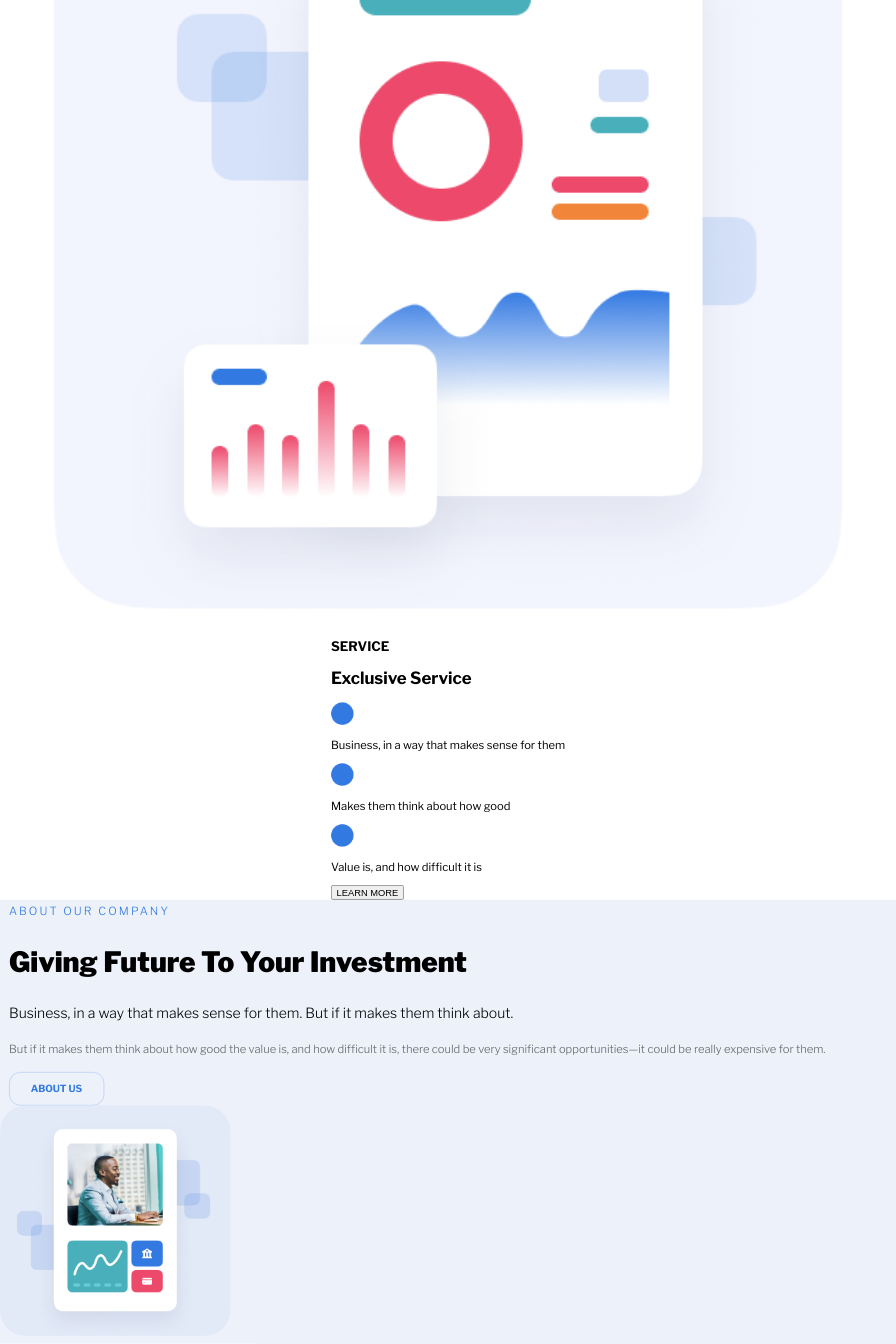
Repository: adryelfelipe/frontend-prova
Page: prova-figma/Prova/index.html
The author's editor kept a copy of each file at every save. The page is drawn from the files as they stood at one save, then again after the next save.
The browser window is 1280 px wide. The pictures show the part of the page from y = 1918 to 3838 px (the page is 3838 px tall before and 3821 px after), at 70% of full size.

Above is the page before, as saved 2026-06-22 19:04:58.

After the next save:
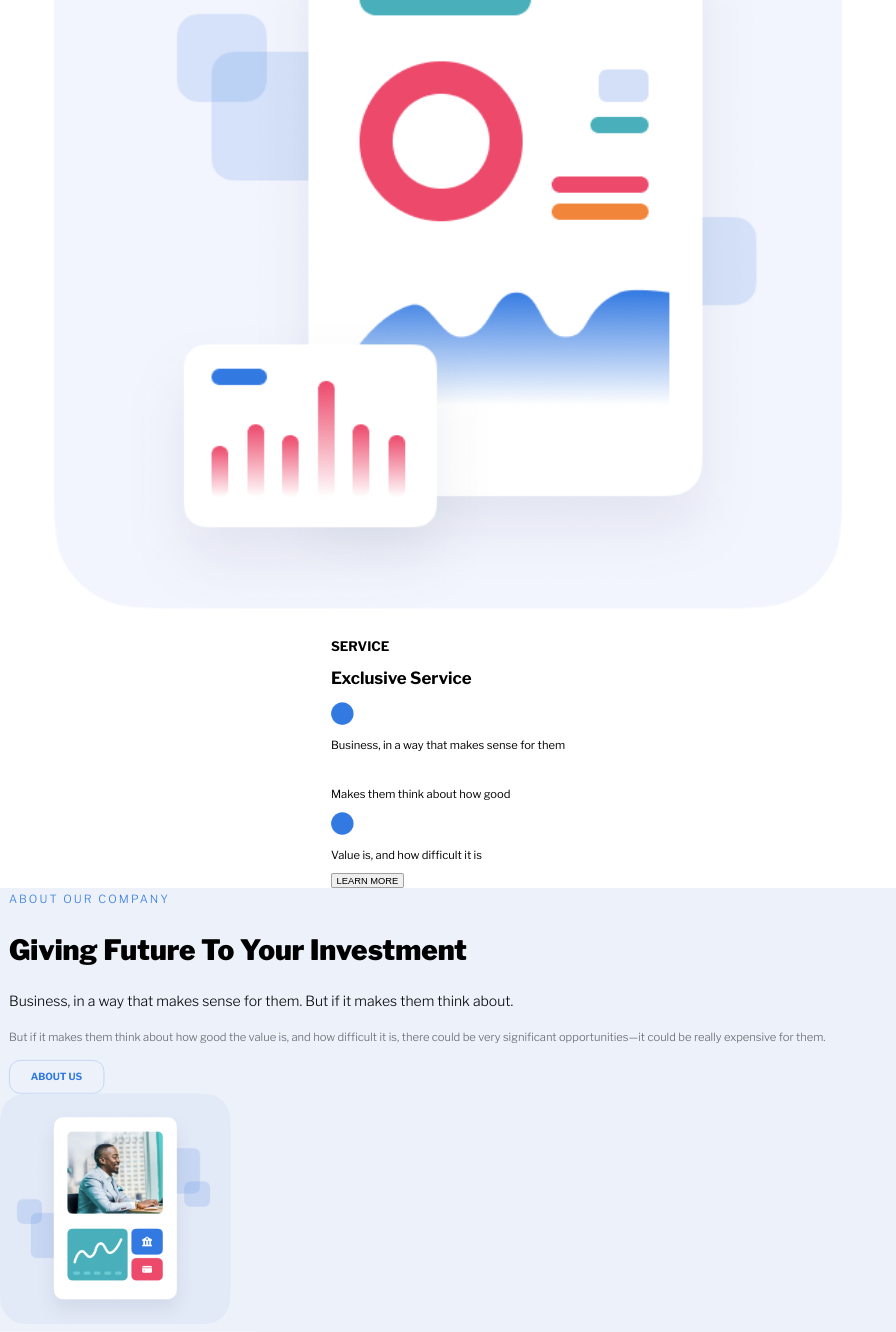
Saved 18 s later.
--- a/prova-figma/Prova/index.html
+++ b/prova-figma/Prova/index.html
@@ -83,7 +83,6 @@
                 </div>
 
                 <div>
-                    <img src="./assets/icon/bg-icon4-section2.png" alt="">
                     <img src="./assets/icon/correct-icon-section2.png" alt="">
                     <p>Makes them think about how good</p>
                 </div>
--- a/prova-figma/Prova/style/style.css
+++ b/prova-figma/Prova/style/style.css
@@ -200,3 +200,8 @@ header h2 {
     width: 98%;
     justify-self: center;
 }
+
+.company-first-article{
+    width: 98%;
+    justify-self: center;
+}
